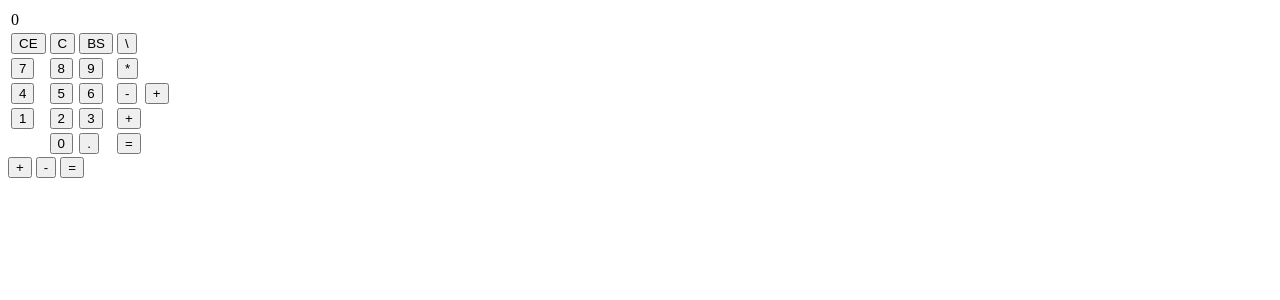
Repository: Doyoung-Park/JSP_Servlet
Page: workspace/JSPPrj/src/main/webapp/calc3.html
These files come from the project's save history. The page is drawn as it stood at one moment and after the next save; the edit follows.
The browser window is 1280 px wide. The pictures show the whole page.

Above is the page before, as saved 2022-01-18 14:38:13.

After the next save:
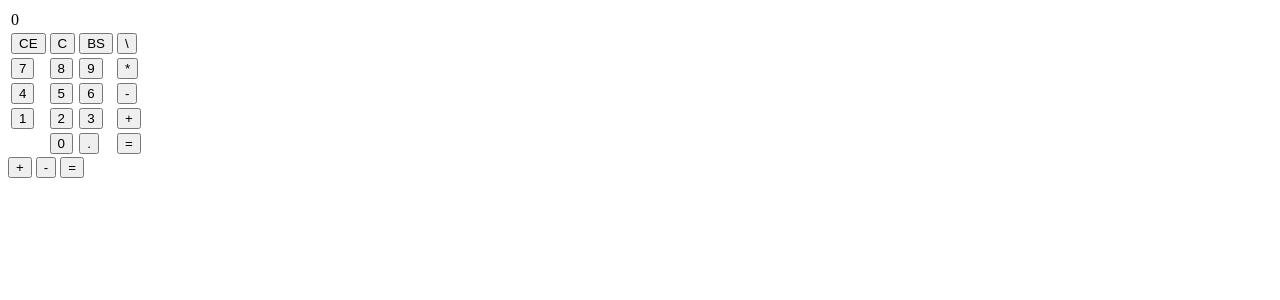
Saved 35 s later.
--- a/workspace/JSPPrj/src/main/webapp/calc3.html
+++ b/workspace/JSPPrj/src/main/webapp/calc3.html
@@ -32,7 +32,7 @@
 		 			<td><input type="submit" name="operator" value="5"/></td>
 		 			<td><input type="submit" name="operator" value="6"/></td>
 		 			<td><input type="submit" name="operator" value="-"/></td>
-		 			<td><input type="submit" name="operator" value="+"/></td>
+
 		 		</tr>
 		 		<tr>
 		 			<td><input type="submit" name="operator" value="1"/></td>
